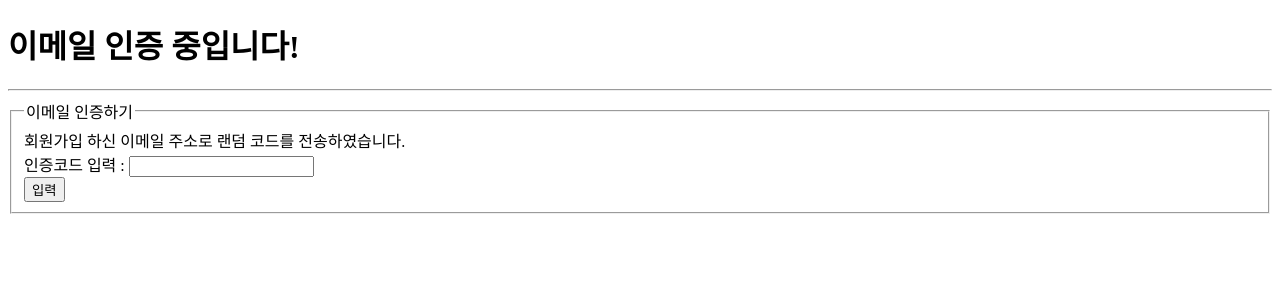
Repository: loseminho/khAcademy-Study
Page: http://localhost/04_Spring_AOP/WEB-INF/views/email/emailFrm.jsp
An editor plug-in stored every save of this project. The page is shown before and after the next save, followed by the edit.
The browser window is 1280 px wide. The pictures show the whole page.
The page is served by Tomcat 9. Nobody is signed in. Other server files are loaded and not shown. The template is opened directly, without the code that normally fills it, so the values that code supplies are empty.

Above is the page before, as saved 2022-10-12 07:58:49.

### spring/workspace-sts-3.9.13.RELEASE/04_Spring_AOP/src/main/webapp/WEB-INF/views/email/emailFrm.jsp
<%@ page language="java" contentType="text/html; charset=UTF-8"
    pageEncoding="UTF-8"%>
<!DOCTYPE html>
<html>
<head>
<meta charset="UTF-8">
<title>Insert title here</title>
</head>
<body>
	<h1>이메일 인증 중입니다!</h1>
	<hr>
	<form action="/email.do" method="post">
		<fieldset>
			<legend>이메일 인증하기</legend>
			회원가입 하신 이메일 주소로 랜덤 코드를 전송하였습니다.<br>
			인증코드 입력 : <input type="text" name="email"><br>
			<input type="submit" value="입력">
		</fieldset>
	</form>
</body>
</html>

After the next save:
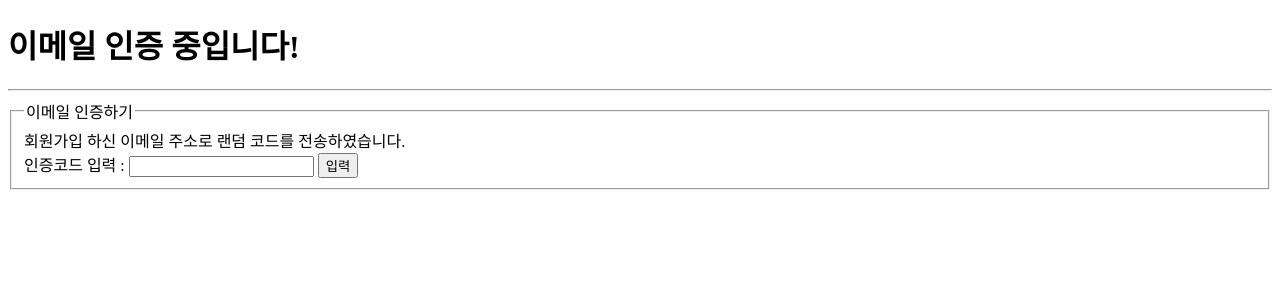
Saved 6 s later.
--- a/spring/workspace-sts-3.9.13.RELEASE/04_Spring_AOP/src/main/webapp/WEB-INF/views/email/emailFrm.jsp
+++ b/spring/workspace-sts-3.9.13.RELEASE/04_Spring_AOP/src/main/webapp/WEB-INF/views/email/emailFrm.jsp
@@ -13,7 +13,7 @@
 		<fieldset>
 			<legend>이메일 인증하기</legend>
 			회원가입 하신 이메일 주소로 랜덤 코드를 전송하였습니다.<br>
-			인증코드 입력 : <input type="text" name="email"><br>
+			인증코드 입력 : <input type="text" name="email">
 			<input type="submit" value="입력">
 		</fieldset>
 	</form>
